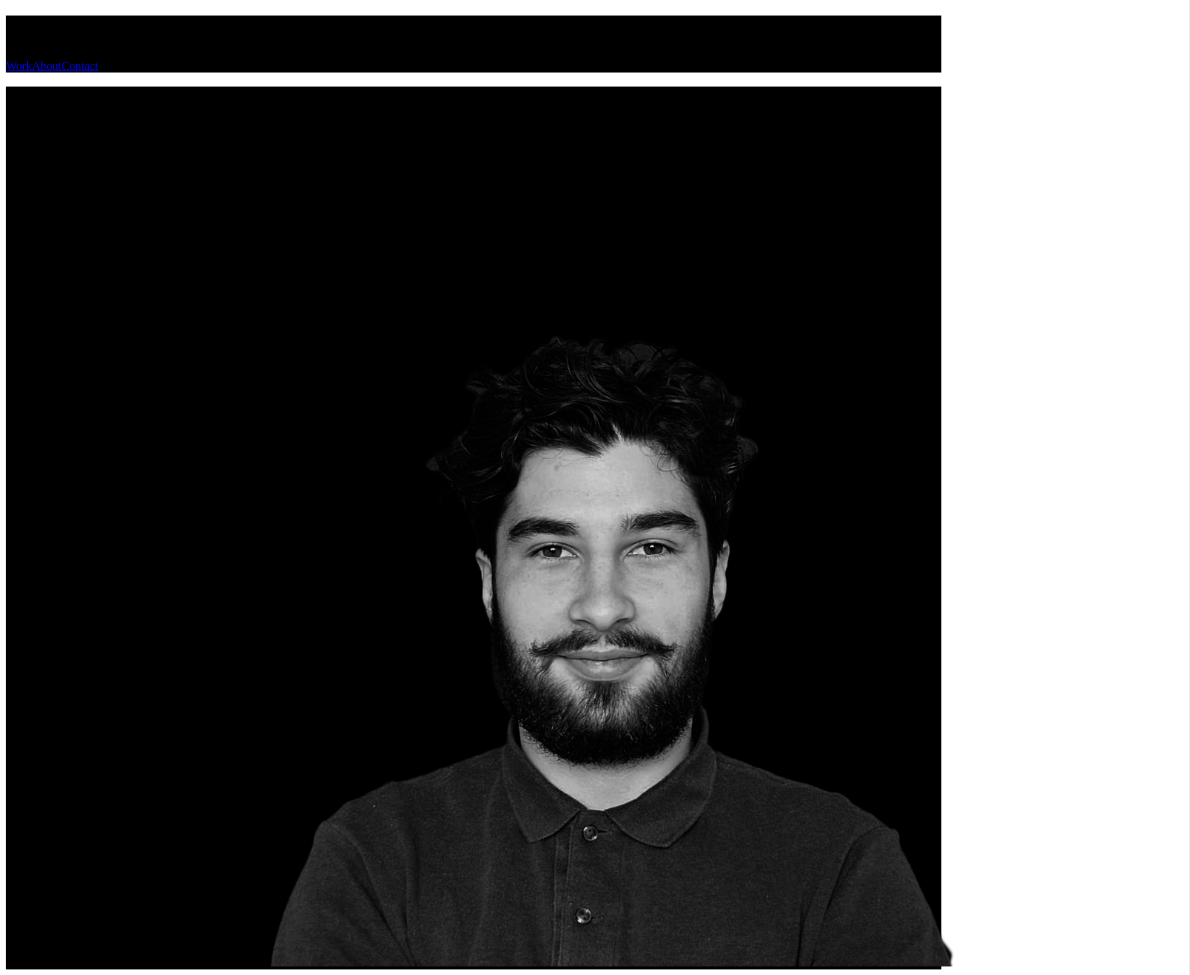
Repository: romgrm/portfolioRomgrm
Page: /
These files come from the project's save history. The page is drawn as it stood at one moment and after a run of saves; the edit follows.
The browser window is 1280 px wide. The page is 1608 px wide, so the pictures cover 1608 px, including what lies to the right of the window. The pictures show the whole page, at 74% of full size.
The project was rebuilt for these pictures with package versions that can differ from the ones it lists, and the page was loaded fresh each time. A package was used in the major version that the imports need, not the one package.json lists. Also part of the build but not shown: src/components/About.js, src/components/Work.js, src/Styles/main.css.

Above is the page before, as saved 2020-12-16 19:40:51.

After the next 2 saves:
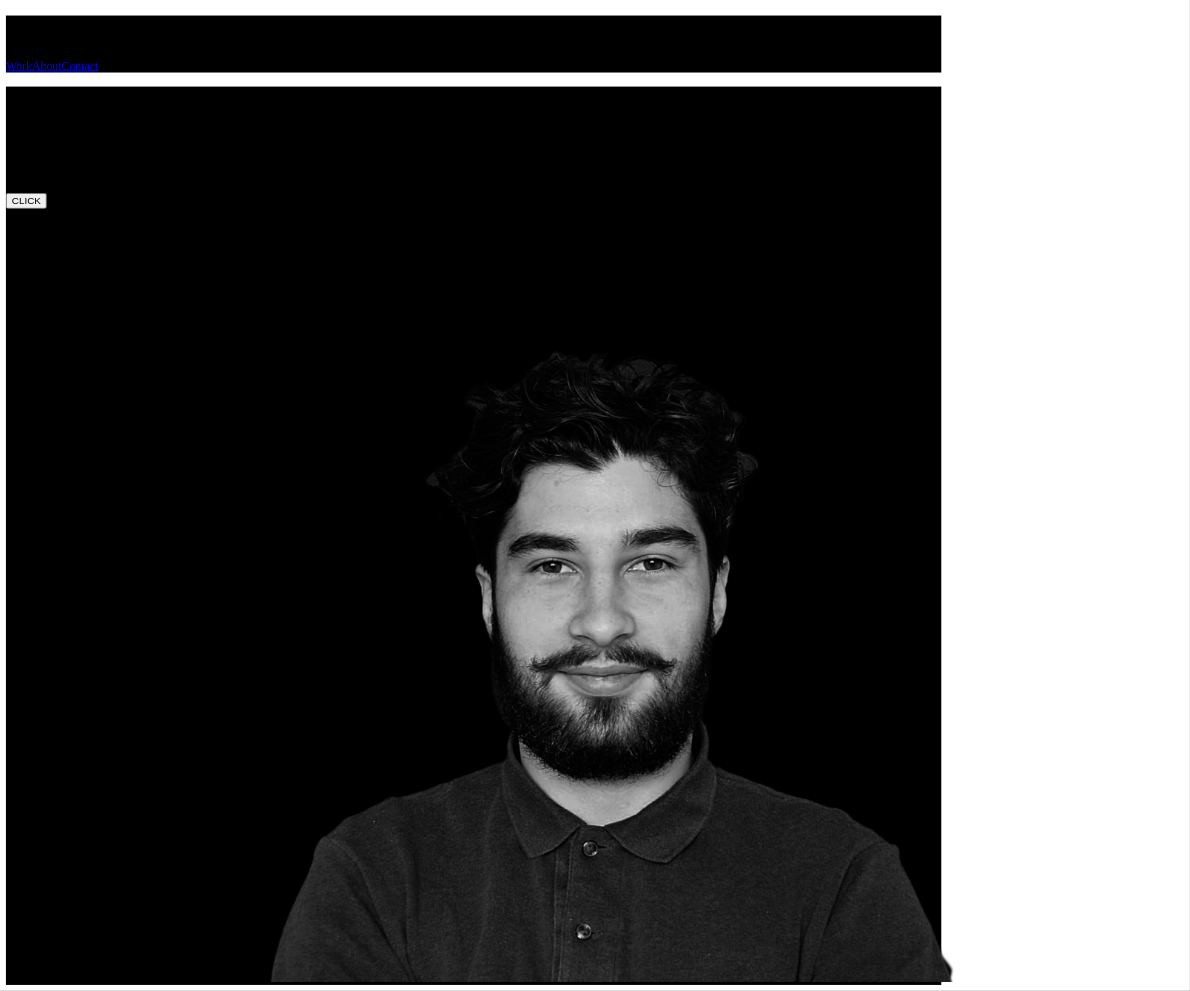
The 2 saves are shown as one change because they came seconds apart.
The last was saved 49 s later.
--- a/src/components/Body.js
+++ b/src/components/Body.js
@@ -20,6 +20,7 @@ export default function Body() {
                         className="inline-block"
                     />
                 </h3>
+                <button>CLICK</button>
             </div>
             <div className="justify-end">
                 <img src={content.header.img}></img>
